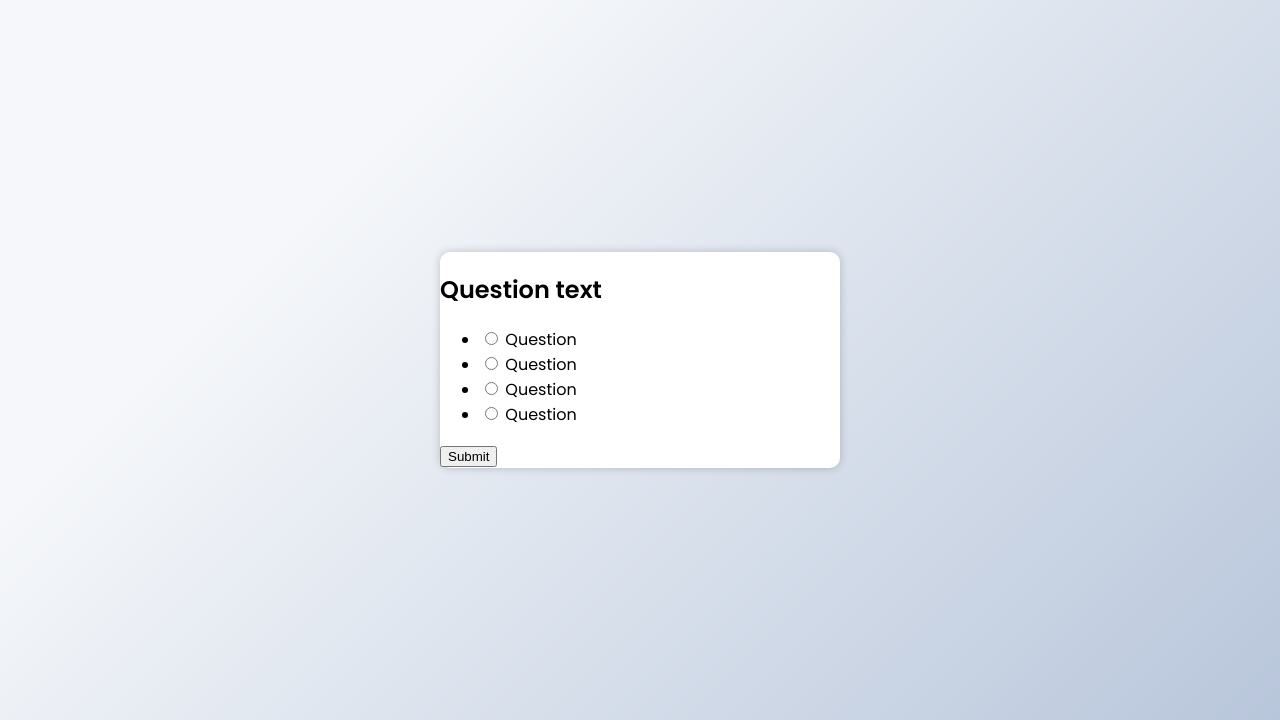
Repository: kate30980/projects-js-practice
Page: quiz-app/index.html
An editor plug-in stored every save of this project. The page is shown before and after the next save, followed by the edit.
The browser window is 1280 px wide. The pictures show the whole page.

Above is the page before, as saved 2021-09-05 21:58:29.

### quiz-app/index.html
<!DOCTYPE html>
<html lang="en">

<head>
    <meta charset="UTF-8" />
    <meta name="viewport" content="width=device-width, initial-scale=1.0" />
    <title>Title</title>
    <link rel="stylesheet" href="style.css" />
    <script src="script.js" defer></script>
</head>

<body>
    <div class="quiz-container">
        <h2>Question text</h2>
        <ul>
            <li>
                <input type="radio" id="a" name="answer">
                <label for="a">Question</label>
            </li>
            <li>
                <input type="radio" id="b" name="answer">
                <label for="b">Question</label>
            </li>
            <li>
                <input type="radio" id="c" name="answer">
                <label for="c">Question</label>
            </li>
            <li>
                <input type="radio" id="d" name="answer">
                <label for="d">Question</label>
            </li>
        </ul>
        <button>Submit</button>
    </div>
</body>

</html>

### quiz-app/style.css
@import url("https://fonts.googleapis.com/css2?family=Poppins:wght@200;400;600&display=swap");

* {
    box-sizing: border-box;
}

body {
    background-color: #b8c6db;
    background-image: linear-gradient(315deg,#b8c6db, #f5f7fa 74%);
    font-family: "Poppins", sans-serif;
    margin: 0;
    min-height: 100vh;

    display: flex;
    align-items: center;
    justify-content: center;

}

.quiz-container{
    background-color: #fff;
    width: 400px;
    border-radius: 10px;
    box-shadow: rgba(0, 0, 0, 0.2) 0px 0 10px;
}

### quiz-app/script.js
const quizData = [
  {
    question: "How old is Kate?",
    a: "10",
    b: "17",
    c: "21",
    d: "20",
    correct: "c",
  },
  {
    question: "What is the best programming language?",
    a: "Javascript",
    b: "Python",
    c: "C++",
    d: "PHP",
    correct: "a",
  },
  {
    question: "Who is the president of US?",
    a: "Kate Le",
    b: "Donald Trump",
    c: "Barack Obama",
    d: "Bill Clinton",
    correct: "a",
  },
  {
    question: "Kate is the best girl in the world",
    a: "Damn true",
    b: "This is a correct answer",
    c: "Aboslutely",
    d: "Dont need to ask this stupid question",
    correct: "a",
  },
  {
    question: "What year was Javascript launch",
    a: "2020",
    b: "2019",
    c: "1995",
    d: "None of the above",
    correct: "c",
  },
];

After the next save:
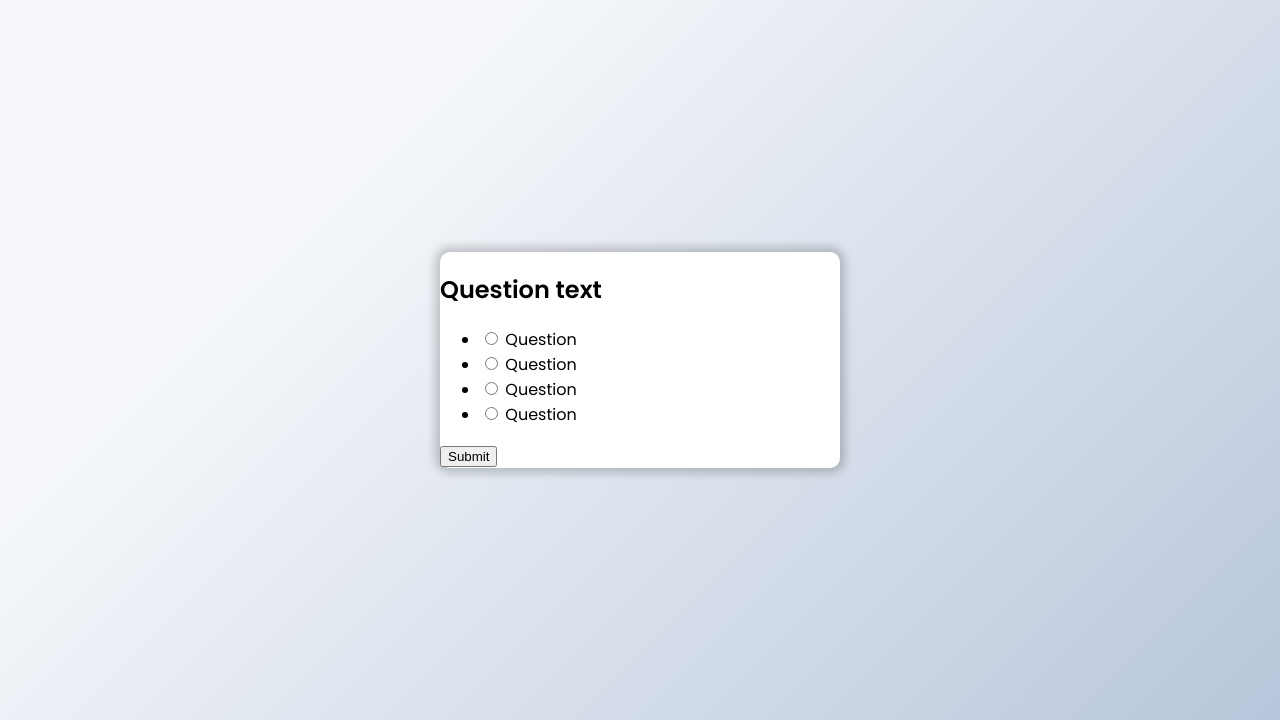
Saved 20 s later.
--- a/quiz-app/style.css
+++ b/quiz-app/style.css
@@ -21,5 +21,5 @@ body {
     background-color: #fff;
     width: 400px;
     border-radius: 10px;
-    box-shadow: rgba(0, 0, 0, 0.2) 0px 0 10px;
+    box-shadow: rgba(0, 0, 0, 0.2) 0px 0 10px 5px;
 }
